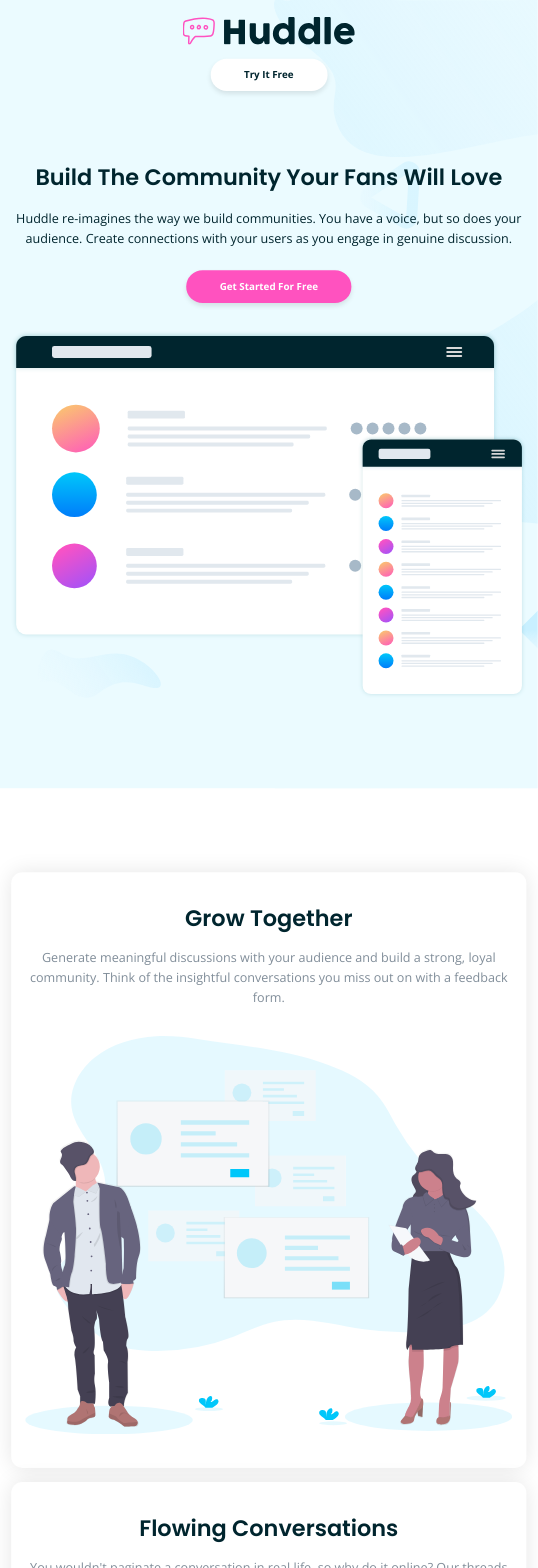
Repository: blordeus/huddle-landing-page
Page: index.html
These files come from the project's save history. The page is drawn as it stood at one moment and after a run of saves; the edit follows.
The browser window is 768 px wide. The pictures show the part of the page from y = 0 to 2240 px (the page is 4938 px tall), at 70% of full size.

Above is the page before, as saved 2025-07-01 11:36:01.
Not found: images/bg-hero-.svg

### index.html
<!DOCTYPE html>
<html lang="en">
<head>
  <meta charset="UTF-8">
  <meta name="viewport" content="width=device-width, initial-scale=1.0">
  <link rel="icon" type="image/png" sizes="32x32" href="./images/favicon-32x32.png">
  <title>Frontend Mentor | Huddle landing page with alternating feature blocks</title>

  <!-- Google Fonts -->
  <link rel="preconnect" href="https://fonts.googleapis.com">
  <link rel="preconnect" href="https://fonts.gstatic.com" crossorigin>
  <link href="https://fonts.googleapis.com/css2?family=Poppins:wght@600&family=Open+Sans:wght@400;700&display=swap" rel="stylesheet">
  <link rel="stylesheet" type="text/css" href="styles.css" />

  <!-- Font Awesome for social icons -->
  <link rel="stylesheet" href="https://cdnjs.cloudflare.com/ajax/libs/font-awesome/6.0.0/css/all.min.css">
</head>

<body>
  <section class="bg-wrapper">
  <!-- Header -->
  <header class="header">
    <div class="container">
      <div class="header-content">
        <img src="./images/logo.svg" alt="Logo">
        <a href="#" class="btn btn-outline">Try It Free</a>
      </div>
    </div>
  </header>

  <!-- Hero Section -->
   <div class="hero">
    <div class="container">
      <div class="hero-content">
        <div class="hero-text">
          <h1>Build The Community Your Fans Will Love</h1>
          <p>Huddle re-imagines the way we build communities. You have a voice, but so does your audience. Create connections with your users as you engage in genuine discussion.</p>
          <a href="#" class="btn">Get Started For Free</a>
        </div>
        <div class="hero-image">
          <img src="./images/illustration-mockups.svg" alt="Desktop and mobile chat interface showing community conversations">
        </div>
      </div>
    </div>
   </div>
  </section>

  <!-- Features Section -->
  <section class="features">
    <div class="container">
      <div class="feature">
        <div class="feature-content">
          <h2>Grow Together</h2>
          <p>Generate meaningful discussions with your audience and build a strong, loyal community. Think of the insightful conversations you miss out on with a feedback form.</p>
        </div>
        <div class="feature-image">
          <img src="./images/illustration-grow-together.svg" alt="Illustration of people having meaningful conversations and building community">
        </div>
      </div>

      <div class="feature">
        <div class="feature-content">
          <h2>Flowing Conversations</h2>
          <p>You wouldn't paginate a conversation in real life, so why do it online? Our threads have just-in-time loading for a more natural flow.</p>
        </div>
        <div class="feature-image">
          <img src="./images/illustration-flowing-conversation.svg" alt="Illustration of natural flowing conversation interface with seamless chat threads">
        </div>
      </div>

      <div class="feature">
        <div class="feature-content">
          <h2>Your Users</h2>
          <p>It takes no time at all to integrate Huddle with your app's authentication solution. This means, once signed in to your app, your users can start chatting immediately.</p>
        </div>
        <div class="feature-image">
          <img src="./images/illustration-your-users.svg" alt="Illustration showing easy user authentication and immediate chat access">
        </div>
      </div>
    </div>
  </section>

  <!-- Call to Action -->
  <section class="cta">
    <div class="container">
      <h2>Ready To Build Your Community?</h2>
      <a href="#" class="btn">Get Started For Free</a>
    </div>
  </section>

  <!-- Footer -->
  <footer class="footer">
    <div class="container">
      <a href="#" class="footer-logo">
            <img src="./images/logo.svg" alt="">
          </a>
      <div class="footer-content">
        <div class="footer-info">
          <div class="contact-info">
            <div class="contact-item">
              <img src="./images/icon-location.svg" alt="">
              <p>Lorem ipsum dolor sit amet, consectetur adipiscing elit, sed do eiusmod tempor incididunt ut labore et dolore magna aliqua</p>
            </div>
            <div class="contact-item">
              <img src="./images/icon-phone.svg" alt="">
              <p>+1-543-123-4567</p>
            </div>
            <div class="contact-item">
              <img src="./images/icon-email.svg" alt="">
              <p>example@huddle.com</p>
            </div>
          </div>
        </div>

        <div class="footer-links">
          <a href="#">About Us</a>
          <a href="#">What We Do</a>
          <a href="#">FAQ</a>
        </div>

        <div class="footer-links">
          <a href="#">Career</a>
          <a href="#">Blog</a>
          <a href="#">Contact Us</a>
        </div>

        <div class="social-icons">
          <a href="#" class="social-icon" aria-label="Facebook">
            <i class="fab fa-facebook-f"></i>
          </a>
          <a href="#" class="social-icon" aria-label="Twitter">
            <i class="fab fa-twitter"></i>
          </a>
          <a href="#" class="social-icon" aria-label="Instagram">
            <i class="fab fa-instagram"></i>
          </a>
        </div>
      </div>

      <div class="copyright">
        <p>&copy; Copyright 2018 Huddle. All rights reserved.</p>
      </div>
    </div>

    <p class="attribution">
      Challenge by <a href="https://www.frontendmentor.io?ref=challenge" target="_blank">Frontend Mentor</a>.
      Coded by <a href="#">Your Name Here</a>.
    </p>
  </footer>
</body>
</html>

### styles.css
    * {
      margin: 0;
      padding: 0;
      box-sizing: border-box;
    }

    body {
      font-family: 'Open Sans', sans-serif;
      font-size: 18px;
      line-height: 1.6;
      color: hsl(192, 100%, 9%);
    }

    .container {
      max-width: 1200px;
      margin: 0 auto;
      padding: 0 20px;
    }

    .bg-wrapper {
      background: hsl(193, 100%, 96%);
      background-image: url('./images/bg-hero-desktop.svg');
      background-size: cover;
      background-position: center;
    }

    /* Header */
    .header {
      padding: 24px 0;
    }

    .header-content {
      display: flex;
      justify-content: space-between;
      align-items: center;
    }

    .header-content img {
      height: 40px;
    }

    .btn {
      background: hsl(322, 100%, 66%);
      color: white;
      border: none;
      padding: 12px 48px;
      border-radius: 24px;
      font-family: 'Open Sans', sans-serif;
      font-weight: 700;
      font-size: 14px;
      cursor: pointer;
      text-decoration: none;
      display: inline-block;
      transition: opacity 0.3s ease;
      box-shadow: 0 4px 8px rgba(0, 0, 0, 0.1);
    }

    .btn:hover {
      opacity: 0.8;
    }

    .btn-outline {
      background: white;
      box-shadow: 0 4px 8px rgba(0, 0, 0, 0.1);
      color: #00252E;
    }

    .btn-outline:hover {
      color: #808E9A;
    }

    /* Hero Section */
    .hero {
      padding: 80px 0 120px;
    }

    .hero-content {
      display: grid;
      grid-template-columns: 1fr 1fr;
      gap: 80px;
      align-items: center;
    }

    .hero-text h1 {
      font-family: 'Poppins', sans-serif;
      font-weight: 600;
      font-size: 48px;
      line-height: 1.2;
      margin-bottom: 24px;
      color: hsl(192, 100%, 9%);
    }

    .hero-text p {
      font-size: 18px;
      color: hsl(192, 100%, 9%);
      margin-bottom: 32px;
      line-height: 1.6;
    }

    .hero-image {
      text-align: center;
    }

    .hero-image img {
      max-width: 100%;
      height: auto;
    }

    /* Features Section */
    .features {
      padding: 120px 0;
    }

    .feature {
      display: grid;
      grid-template-columns: 1fr 1fr;
      gap: 80px;
      align-items: center;
      margin-bottom: 20px;
      background: white;
      padding: 60px;
      border-radius: 16px;
      box-shadow: 0 0 30px rgba(0, 0, 0, 0.1);
    }

    .feature:nth-child(even) .feature-content {
      order: 2;
    }

    .feature:nth-child(even) .feature-image {
      order: 1;
    }

    .feature h2 {
      font-family: 'Poppins', sans-serif;
      font-weight: 600;
      font-size: 32px;
      margin-bottom: 16px;
      color: hsl(192, 100%, 9%);
    }

    .feature p {
      color: hsl(208, 11%, 55%);
      line-height: 1.6;
    }

    .feature-image {
      text-align: center;
    }

    .feature-image img {
      max-width: 100%;
      height: auto;
    }

    /* Call to Action */
    .cta {
      text-align: center;
      padding: 80px 0;
      background: white;
      width: 50%;
      margin: 0 auto;
      box-sizing: border-box;
      border-radius: 16px;
      box-shadow: 0 0 30px rgba(0, 0, 0, 0.1);
      position: relative;
      z-index: 2;
      transform: translateY(20%);
    }

    .cta a {
      background: hsl(322, 100%, 66%);
      color: white;
      padding: 16px 64px;
      border-radius: 24px;
      font-family: 'Open Sans', sans-serif;
      font-weight: 700;
      font-size: 14px;
      cursor: pointer;
      text-decoration: none;
      display: inline-block;
      transition: opacity 0.3s ease;
      box-shadow: 0 4px 8px rgba(0, 0, 0, 0.1);

    }

    .cta h2 {
      font-family: 'Poppins', sans-serif;
      font-weight: 600;
      font-size: 32px;
      margin-bottom: 32px;
      color: hsl(192, 100%, 9%);
    }

    /* Footer */
    .footer {
      background: hsl(192, 100%, 9%);
      color: white;
      padding: 120px 0 40px;
    }

    .footer-content {
      display: grid;
      grid-template-columns: 2fr 1fr 1fr 1fr;
      gap: 60px;
      margin-bottom: 40px;
    }

    .footer-logo {
      display: flex;
      align-items: center;
      gap: 8px;
      font-family: 'Poppins', sans-serif;
      font-weight: 600;
      font-size: 24px;
      color: white;
      text-decoration: none;
      margin-bottom: 24px;
    }

    .footer-logo .logo-icon {
      background: white;
      color: hsl(322, 100%, 66%);
    }

    .contact-info {
      display: flex;
      flex-direction: column;
      gap: 16px;
    }

    .contact-item {
      display: flex;
      align-items: flex-start;
      gap: 16px;
    }

    .contact-item i {
      margin-top: 4px;
      width: 16px;
    }

    .footer-links {
      display: flex;
      flex-direction: column;
      gap: 12px;
    }

    .footer-links a {
      color: white;
      text-decoration: none;
      transition: color 0.3s ease;
    }

    .footer-links a:hover {
      color: hsl(322, 100%, 66%);
    }

    .social-icons {
      display: flex;
      gap: 16px;
      justify-content: center;
    }

    .social-icon {
      width: 40px;
      height: 40px;
      border: 1px solid white;
      border-radius: 50%;
      display: flex;
      align-items: center;
      justify-content: center;
      color: white;
      text-decoration: none;
      transition: all 0.3s ease;
    }

    .social-icon:hover {
      color: hsl(322, 100%, 66%);
      border-color: hsl(322, 100%, 66%);
    }

    .copyright {
      text-align: center;
      font-size: 14px;
      color: hsl(208, 11%, 55%);
      padding-top: 40px;
      border-top: 1px solid hsl(208, 11%, 55%);
    }

    .attribution {
      font-size: 11px;
      text-align: center;
      margin-top: 20px;
    }

    .attribution a {
      color: hsl(228, 45%, 44%);
    }

    /* Responsive Design */
    @media (max-width: 768px) {
      .container {
        padding: 0 16px;
      }

      .hero {
        background-image: url('./images/bg-hero-.svg');
      }

      .header-content {
        flex-direction: column;
        gap: 20px;
      }

      .hero-content {
        grid-template-columns: 1fr;
        gap: 40px;
        text-align: center;
      }

      .hero-text h1 {
        font-size: 32px;
      }

      .feature {
        grid-template-columns: 1fr;
        gap: 40px;
        padding: 40px 20px;
        text-align: center;
      }

      .feature:nth-child(even) .feature-content,
      .feature:nth-child(even) .feature-image {
        order: unset;
      }

      .footer-content {
        grid-template-columns: 1fr;
        gap: 40px;
        text-align: center;
      }

      .social-icons {
        justify-content: center;
      }

      .cta {
        margin: 0 16px;
        padding: 40px 20px;
      }

      .cta h2 {
        font-size: 24px;
      }
    }

After the next 2 saves:
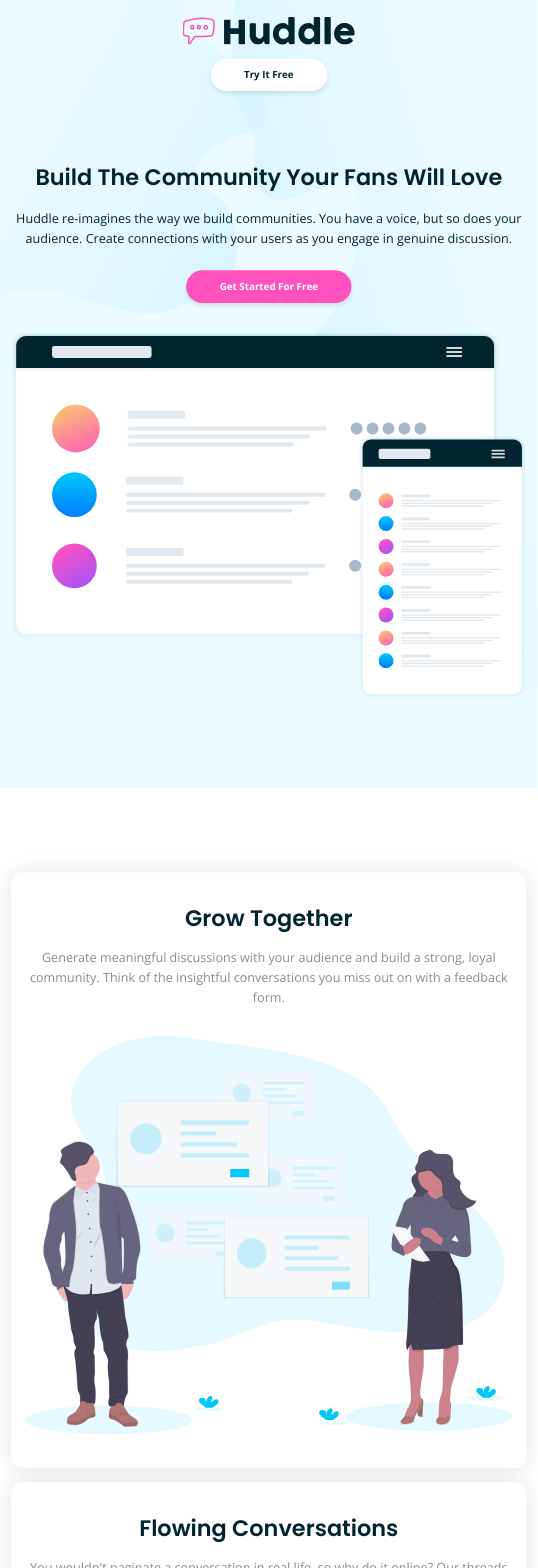
The 2 saves are shown as one change because they came seconds apart.
The last was saved 10 s later.
--- a/styles.css
+++ b/styles.css
@@ -304,8 +304,8 @@
         padding: 0 16px;
       }
 
-      .hero {
-        background-image: url('./images/bg-hero-.svg');
+      .bg-wrapper {
+        background-image: url('./images/bg-hero-mobile.svg');
       }
 
       .header-content {
